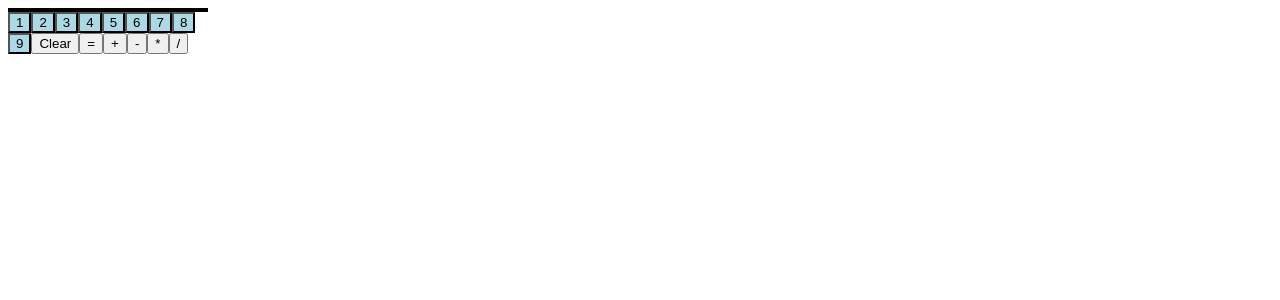
Repository: weazzyefff/Calculator-App
Page: index.html
An editor plug-in stored every save of this project. The page is shown before and after the next save, followed by the edit.
The browser window is 1280 px wide. The pictures show the whole page.
After loading, the first visible `#\+` was clicked once.

Above is the page before, as saved 2022-12-16 21:43:03.

### index.html
<!DOCTYPE html>
<html>
<head>
	<meta charset="utf-8">
	<meta name="viewport" content="width=device-width, initial-scale=1">
	<title>Calculator App</title>
    <link rel="stylesheet" href="style.css">
    <script src="script.js" defer></script>
</head>
<body>
    <div class="container">
        <div class="display">150</div>
        <button type ="input" class="numbtn" id="1">1</button>
        <button type ="input" class="numbtn" id="2">2</button>
        <button type ="input" class="numbtn" id="3">3</button>
        <button type ="input" class="numbtn" id="4">4</button>
        <button type ="input" class="numbtn" id="5">5</button>
        <button type ="input" class="numbtn" id="6">6</button>
        <button type ="input" class="numbtn" id="7">7</button>
        <button type ="input" class="numbtn" id="8">8</button>
        <button type ="input" class="numbtn" id="9">9</button>
        <button type ="input" id="clear">Clear</button>
        <button type ="input" id="=">=</button>
        <button type ="input" id="+">+</button>
        <button type = "input" id="-">-</button>
        <button type = "input" id="*">*</button>
        <button type = "input" id="/">/</button>
    </div>


</body>
</html>

### style.css
.container {
    width: 200px;
    display: flex;
    flex-wrap: wrap;
}
.display {
    border: 2px solid black;
    width: 200px;
}
.numbtn {
    background-color: lightblue;
}

### script.js
//Global variables
displayValue = 0;

// Main functions
const add = (...args) => args.reduce((a, b) => a + b);

const subtract = (...args) => args.reduce((a, b) => a - b);

const multiply = (...args) => args.reduce((a, b) => a * b);

const divide = (...args) => args.reduce((a, b) => a / b);

const operate = (operator, a, b) => {
    switch (operator) {

        case '+':
            return add(a,b);

        case '-':
            return subtract(a,b);

        case '*':
            return multiply(a,b);

        case '/':
            return divide(a,b);

        default: console.log('Please enter a valid operator');
    }
}


const one = document.getElementById("1");
one.addEventListener("click", (e) => {
    document.querySelector(".display").innerHTML = 1;
    displayValue = 1;
});
const two = document.getElementById("2");
two.addEventListener("click", (e) => {
    document.querySelector(".display").innerHTML = 2;
    displayValue = 2;
});
const three = document.getElementById("3");
three.addEventListener("click", (e) => {
    document.querySelector(".display").innerHTML = 3;
    displayValue = 3;
});
const four = document.getElementById("4");
four.addEventListener("click", (e) => {
    document.querySelector(".display").innerHTML = 4;
    displayValue = 4;
});
const five = document.getElementById("5");
five.addEventListener("click", (e) => {
    document.querySelector(".display").innerHTML = 5;
    displayValue = 5;
});
const six = document.getElementById("6");
six.addEventListener("click", (e) => {
    document.querySelector(".display").innerHTML = 6;
    displayValue = 6;
});
const seven = document.getElementById("7");
seven.addEventListener("click", (e) => {
    document.querySelector(".display").innerHTML = 7;
    displayValue = 7;
});
const eight = document.getElementById("8");
eight.addEventListener("click", (e) => {
    document.querySelector(".display").innerHTML = 8;
    displayValue = 8;
});
const nine = document.getElementById("9");
nine.addEventListener("click", (e) => {
    document.querySelector(".display").innerHTML = 9;
    displayValue = 9;
});
const clear = document.getElementById("+");
clear.addEventListener("click", (e) => {
    document.querySelector(".display").innerHTML = "";
    displayValue = 0;
});
const addSign = document.getElementById("+");
addSign.addEventListener("click", (e) => {

});

//console.log(operate('+',10, 5)); <<working

After the next save:
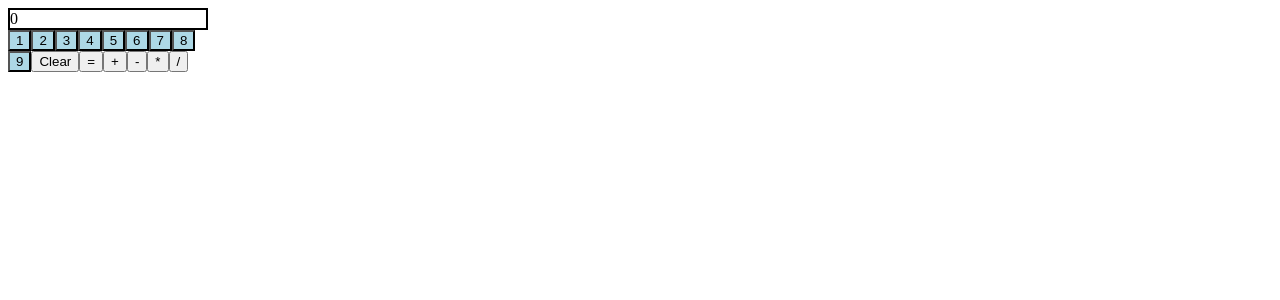
Saved 18 s later.
--- a/script.js
+++ b/script.js
@@ -77,7 +77,7 @@ nine.addEventListener("click", (e) => {
 });
 const clear = document.getElementById("+");
 clear.addEventListener("click", (e) => {
-    document.querySelector(".display").innerHTML = "";
+    document.querySelector(".display").innerHTML = "0";
     displayValue = 0;
 });
 const addSign = document.getElementById("+");
